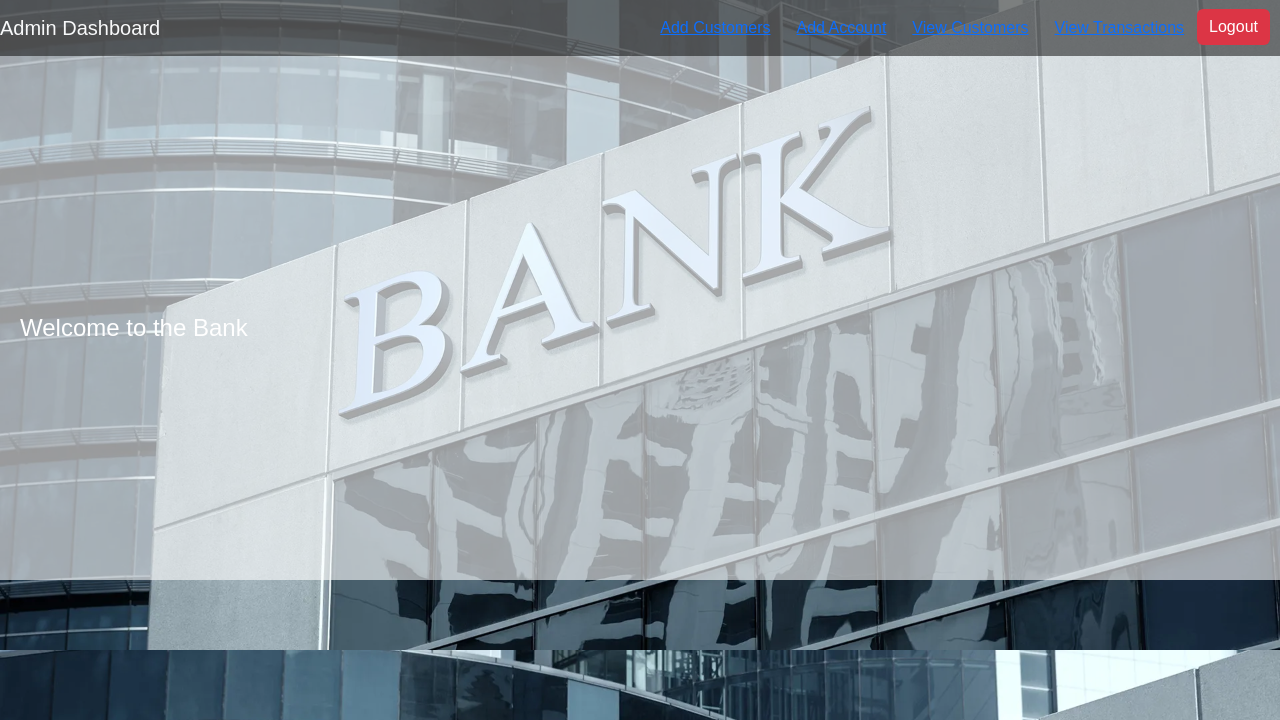
Repository: prathamsuhasia/swabhav-mini-project
Page: http://localhost/01-mini-project/Admin.jsp
The author's editor kept a copy of each file at every save. The page is drawn from the files as they stood at one save, then again after the next save.
The browser window is 1280 px wide. The pictures show the whole page.
The page is served by Tomcat 9. The session is filled in as if someone had signed in: {"username": "testuser", "admin": "admin"}. Other server files are loaded and not shown.

Above is the page before, as saved 2024-08-15 16:11:19.

### 01-mini-project/WebContent/Admin.jsp
<%@ page language="java" contentType="text/html; charset=ISO-8859-1"
	pageEncoding="ISO-8859-1"%>
<%
	response.setHeader("Cache-Control", "no-cache, no-store, must-revalidate");
	response.setHeader("Pragma", "no-cache");
	response.setDateHeader("Expires", 0);
%>
<%
	HttpSession sessions = request.getSession(false);
	if (session == null || !"admin".equals(session.getAttribute("admin"))) {
		// No session or user not logged in, redirect to the login page
		response.sendRedirect("Index.jsp");
		return;
	}
%>
<!DOCTYPE html>
<html>
<head>
<meta http-equiv="Content-Type" content="text/html; charset=ISO-8859-1">
<title>Dashboard</title>
<link
	href="https://cdn.jsdelivr.net/npm/bootstrap@5.3.0/dist/css/bootstrap.min.css"
	rel="stylesheet">
<style>
body {
	background-image: url('Bank.webp');
	background-size: cover;
	background-position: center;
	color: #fff;
	font-family: Arial, sans-serif;
	position: relative;
    z-index: 2;
}

.navbar {
	background-color: rgba(0, 0, 0, 0.5);
	margin-bottom: 20px;
}

.navbar-brand {
	color: #f8f9fa;
}

.navbar-nav .nav-link {
	color: #f8f9fa !important;
}

.navbar-nav .nav-link:hover {
	color: #e9ecef !important;
}

.btn-logout {
	background-color: #dc3545;
	border: none;
	color: #fff;
	margin-right: 10px;
}

.btn-logout:hover {
	background-color: #c82333;
	color: #fff;
}

.welcome-message {
	display: flex;
	align-items: center;
	height: 70vh;
	justify-content: flex-start;
	padding-left: 20px;
	font-size: 24px;
}

.container {
	background-color: rgba(0, 0, 0, 0.6);
	padding: 20px;
	border-radius: 10px;
}

body::before {
	content: '';
	position: absolute;
	top: 0;
	left: 0;
	width: 100%;
	height: 100%;
	background-color: rgba(255, 255, 255, 0.6);
	/* Adjust opacity to make it lighter or darker */

}
</style>
</head>
<body>
	<nav class="navbar navbar-expand-lg">
		<a class="navbar-brand" href="#">Admin Dashboard</a>
		<div class="collapse navbar-collapse justify-content-end">
			<ul class="navbar-nav">
				<li class="nav-item">
					<form action="AdminController" method="post" class="nav-item">
						<button type="submit" name="action" value="AddCustomers"
							class="btn btn-link">Add Customers</button>
					</form>
				</li>
				<li class="nav-item">
					<form action="AdminController" method="post" class="nav-item">
						<button type="submit" name="action" value="AddAccount"
							class="btn btn-link">Add Account</button>
					</form>
				</li>
				<li class="nav-item">
					<form action="AdminController" method="post" class="nav-item">
						<button type="submit" name="action" value="ViewCustomers"
							class="btn btn-link">View Customers</button>
					</form>
				</li>
				<li class="nav-item">
					<form action="AdminController" method="post" class="nav-item">
						<button type="submit" name="action" value="ViewTransactions"
							class="btn btn-link">View Transactions</button>
					</form>
				</li>
				<li class="nav-item">
					<form action="LogoutServlet">
						<button type="submit" class="btn btn-logout">Logout</button>
					</form>
				</li>
			</ul>
		</div>
	</nav>

	<div class="welcome-message">Welcome to the Bank</div>

	<script src="https://code.jquery.com/jquery-3.6.0.min.js"></script>
	<script
		src="https://cdn.jsdelivr.net/npm/bootstrap@5.3.0/dist/js/bootstrap.bundle.min.js"></script>
</body>
</html>

After the next save:
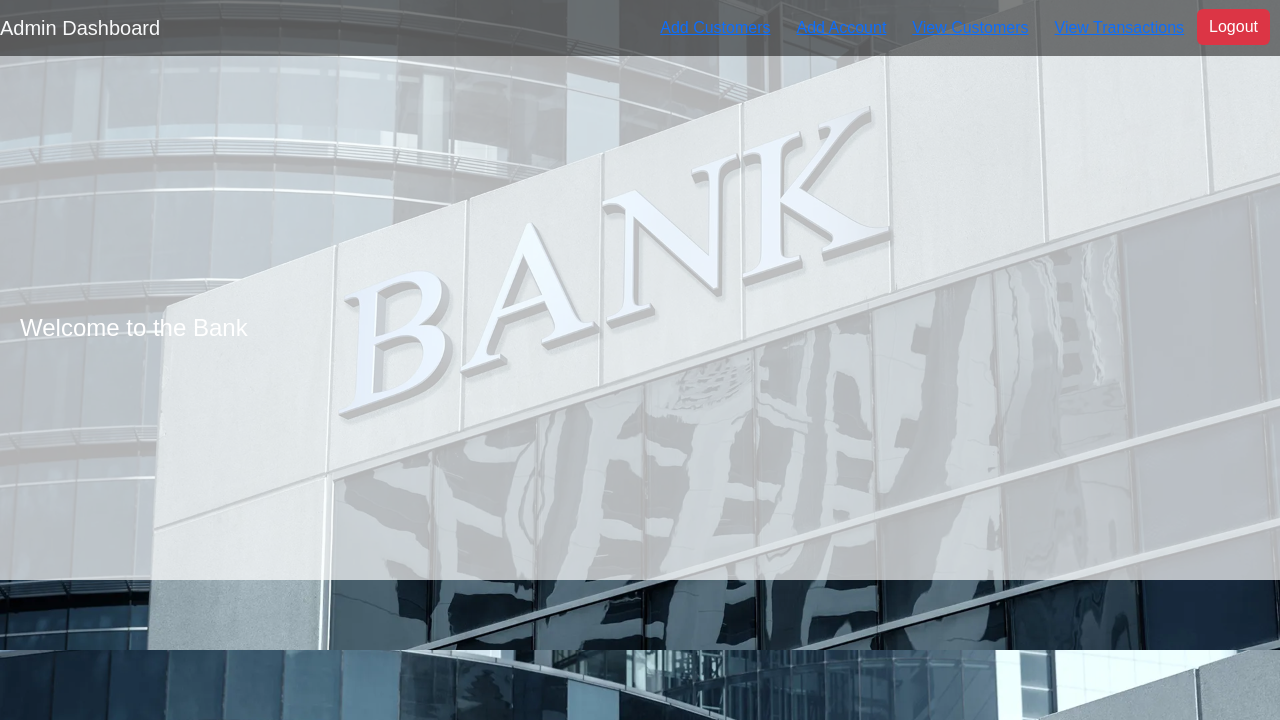
Saved 15 s later.
--- a/01-mini-project/WebContent/Admin.jsp
+++ b/01-mini-project/WebContent/Admin.jsp
@@ -83,9 +83,8 @@ body::before {
 	left: 0;
 	width: 100%;
 	height: 100%;
-	background-color: rgba(255, 255, 255, 0.6);
+	background-color: rgba(255, 255, 255, 0.7);
 	/* Adjust opacity to make it lighter or darker */
-
 }
 </style>
 </head>
